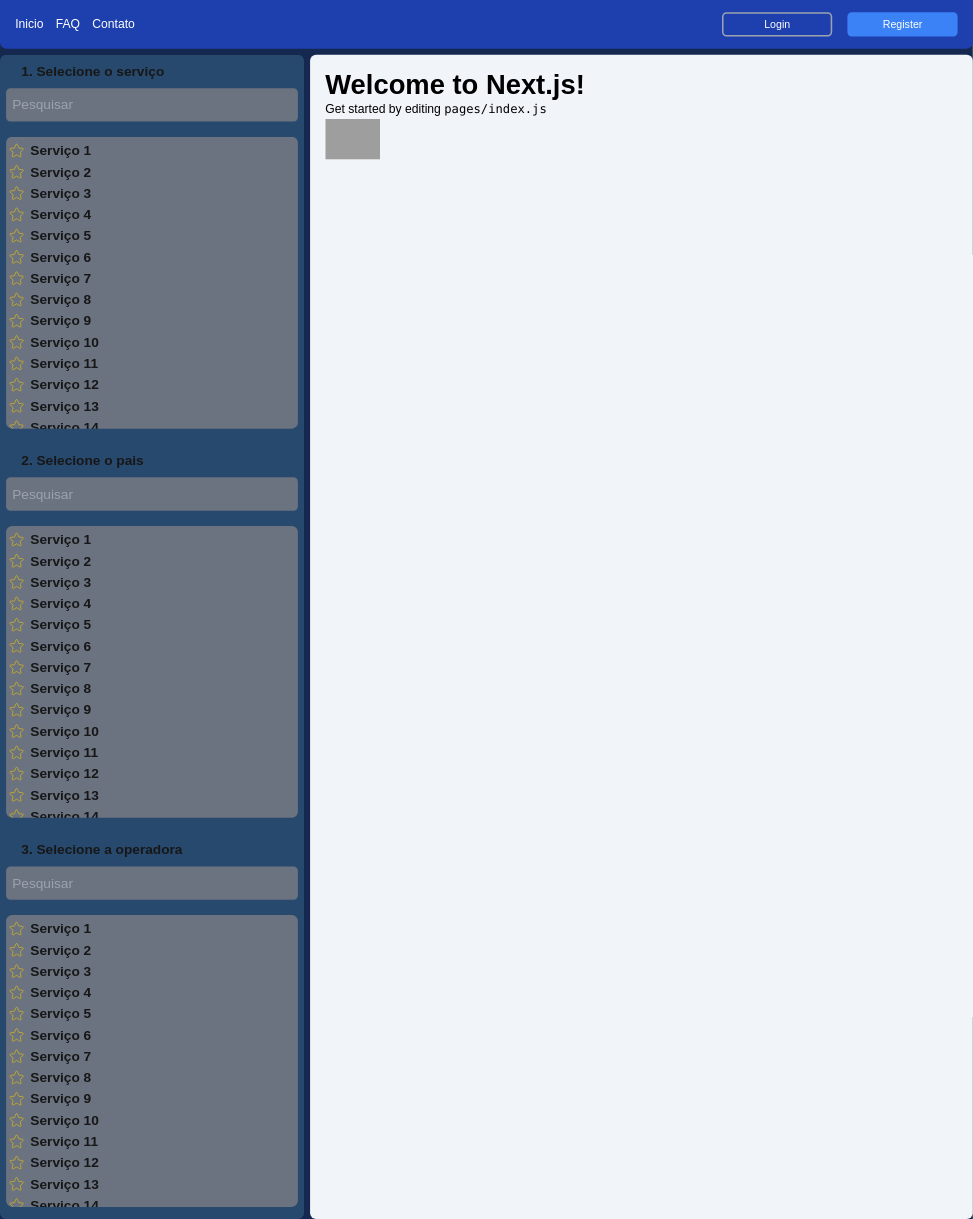
Repository: Felipe-Henrique-Dev/-DIOGO-SMS
Page: /
The author's editor kept a copy of each file at every save. The page is drawn from the files as they stood at one save, then again after the next save.
The browser window is 1280 px wide. The pictures show the whole page, at 76% of full size.
Pictures or frames that could not be fetched are drawn as grey boxes. The project was rebuilt for these pictures with package versions that can differ from the ones it lists, and the page was loaded fresh each time. The framework's server and built-in components were replaced by stand-ins that run in the browser. Also part of the build but not shown: next.config.ts.

Above is the page before, as saved 2024-12-16 22:08:55.

### src/app/layout.tsx
import type { Metadata } from "next";
import "./globals.css";
import Header from "@/components/main/Header";
import Main from "@/components/main/Main";
import WebApp from "@/components/main/WebApp";



export const metadata: Metadata = {
  title: "Create Next App",
  description: "Generated by create next app",
};

export default function RootLayout({
  children,
}: Readonly<{
  children: React.ReactNode;
}>) {
  return (
    <html lang="pt-br">
      <body className={`antialiased`}>
        <Header />
        <Main>
          <WebApp />
          {children}
        </Main>
      </body>
    </html>
  );
}

### src/app/page.tsx
import Section from "@/components/main/Section";
import Image from "next/image";

export default function Home() {
  return (
    <Section>
      <h1 className="text-4xl font-bold text-center">Welcome to Next.js!</h1>
      <p className="text-center">
        Get started by editing <code>pages/index.js</code>
      </p>
      <Image
        src="/vercel.svg"
        alt="Vercel Logo"
        width={72}
        height={16}
      />
    </Section>
  );
}

### src/app/globals.css
@tailwind base;
@tailwind components;
@tailwind utilities;

:root {
  --background: #142850;
  --background-secondary: #27496D;
  --primary_text: #fff;
  --foreground: #171717;
  --color-primary: #000;
  --color-secondary: #1F40AF;
}


body {
  color: var(--foreground);
  background: var(--background);
  font-family: Arial, Helvetica, sans-serif;
}

::-webkit-scrollbar {
  width: 8px;
  height: 10px;
}

::-webkit-scrollbar-track {
  background-color: var(--color-primary);
}

::-webkit-scrollbar-thumb {
  background: var(--color-secondary);
  border-radius: 10px;
}

::-webkit-scrollbar-thumb:hover {
  background-color: var(--color-highlight-hover);
}

### src/components/main/Header.tsx
import React from "react";
import { Button } from "./Button";


export default function Header() {
  return (
    <header className="h-16 bg-blue-800 max-w-screen-2xl m-auto sticky top-0 items-center justify-between  flex rounded-b-lg px-5 z-[9999] ">
        <nav className="flex gap-4">
            <a href="#" className="text-white">Inicio</a>
            <a href="#" className="text-white">FAQ</a>
            <a href="#" className="text-white">Contato</a>
        </nav>
        <div className="container flex justify-between items-center w-1/4 gap-5">
            <Button type="button" size="sm" className="text-white" isLoading={false} bgColor="none">Login</Button>
            <Button type="button" size="sm" className="text-white" isLoading={false} bgColor="primary">
                Register
            </Button>
        </div>
    </header>
  );
}

### src/components/main/Main.tsx
import React from "react";

export default function Main({
  children,
}: Readonly<{
  children: React.ReactNode;
}>) {
  return (
    <main className="container max-w-screen-2xl mx-auto flex pt-2 gap-2 ">
      {children}
    </main>
  );
}

### src/components/main/WebApp.tsx
'use client'
import React from "react";
import { Input } from "./Input";
import { useForm } from "react-hook-form"

export default function WebApp() {
  const [selectService, setSelectService] = React.useState<{ title: string; valor: number; numberDispobilize: number; id: string } | null>(null);
  const [selectCountry, setSelectCountry] = React.useState<{ title: string; valor: number; numberDispobilize: number; id: string } | null>(null);
  const [selectOperator, setSelectOperator] = React.useState<{ title: string; valor: number; numberDispobilize: number; id: string } | null>(null);

  return (
    <aside className="min-w-[25rem] min-h-[90svh] bg-background_secondary text-pri sticky left-0 top-[4.5rem] z-50 rounded-lg flex flex-col p-2 gap-5 ">
      <Container subTitle="1. Selecione o serviço" list={list} select={selectService} setSelect={setSelectService} />
      <Container subTitle="2. Selecione o pais" list={list} select={selectCountry} setSelect={setSelectCountry} />
      <Container subTitle="3. Selecione a operadora" list={list} select={selectOperator} setSelect={setSelectOperator} />
    </aside>
  );
}


const Container = ({
  list,
  subTitle,
  select,
  setSelect
}: {
  subTitle: string;
  select?: { title: string; valor: number; numberDispobilize: number; id: string } | null;
  setSelect: React.Dispatch<React.SetStateAction<{ title: string; valor: number; numberDispobilize: number; id: string } | null>>;
  list: { title: string; valor: number; numberDispobilize: number; id: string }[];
}) => {
  const { register, watch } = useForm();
  const filter = (watch("filter") || "").toLowerCase();
  const [favorites, setFavorites] = React.useState<string[]>([]);
  const [loading, setLoading] = React.useState<boolean>(true);

  React.useEffect(() => {
    const storedFavorites = JSON.parse(localStorage.getItem("favorites") || "[]");
    setFavorites(storedFavorites);
    setLoading(false);
  }, []);

  const setFavoriteInStorage = (item: string) => {
    const newFavorites = favorites.includes(item)
      ? favorites.filter(favorite => favorite !== item)
      : [...favorites, item];

    setFavorites(newFavorites);
    localStorage.setItem("favorites", JSON.stringify(newFavorites));
  };

  // Primeiro filtrar e ordenar a lista antes do map
  const filteredAndSortedList = React.useMemo(() => {
    return list
      .filter(item => item.title.toLowerCase().includes(filter))
      .sort((a, b) => {
        const aFav = favorites.includes(a.id);
        const bFav = favorites.includes(b.id);
        if (aFav && !bFav) return -1;
        if (!aFav && bFav) return 1;
        return 0;
      });
  }, [list, filter, favorites]);

  if (loading) return <div>Carregando...</div>;

  return (
    <div className="flex flex-col gap-2  ">
      <span className="text-lg font-bold w-full text-start px-5">{subTitle}</span>
      {
        select ?
          <div className="flex w-full bg-slate-300 rounded-lg h-10 items-center justify-start px-5 gap-5 ">
            <button onClick={() => setSelect(null)} className="flex items-center justify-center gap-2 h-8 min-w-8 rounded-xl border-red-500 border-[1px] text-black">X</button>
            <span className="text-lg font-bold min-w-8 h-8 rounded-full text-center bg-white ">I</span>
            <span className="text-lg font-bold w-auto text-center">{select.title}</span>
          </div>
        :
        <>
          <Input type="text" placeholder="Pesquisar" size="lg" register={register("filter")} />
          <div className="h-96 bg-gray-500 w-full my-2 overflow-x-auto scroll-smooth rounded-lg p-1 ">
            {filteredAndSortedList.map((item) => (
              <div className="bg-gray-500 w-full flex items-center justify-start gap-2" key={item.id}>
                <Stars
                  stars={favorites.includes(item.id)}
                  setFavorite={() => setFavoriteInStorage(item.id)}
                />
                <button className="flex flex-col" onClick={() => setSelect(item)}>
                  <span className="text-lg font-bold w-full text-center">{item.title}</span>
                </button>
              </div>
            ))}
          </div>
        </>
      }
    </div>
  );
};



const list = [
  {
    id: "1",
    title: "Serviço 1",
    valor: 10.00,
    numberDispobilize: 6000,
  },
  {
    id: "2",
    title: "Serviço 2",
    valor: 20.00,
    numberDispobilize: 5000,
  },
  {
    id: "3",
    title: "Serviço 3",
    valor: 30.00,
    numberDispobilize: 4000,
  },
  {
    id: "4",
    title: "Serviço 4",
    valor: 40.00,
    numberDispobilize: 3000,
  },
  {
    id: "5",
    title: "Serviço 5",
    valor: 50.00,
    numberDispobilize: 2000,
  },
  {
    id: "6",
    title: "Serviço 6",
    valor: 60.00,
    numberDispobilize: 1000,
  },
  {
    id: "7",
    title: "Serviço 7",
    valor: 70.00,
    numberDispobilize: 900,
  },
  {
    id: "8",
    title: "Serviço 8",
    valor: 80.00,
    numberDispobilize: 800,
  },
  {
    id: "9",
    title: "Serviço 9",
    valor: 90.00,
    numberDispobilize: 700,
  },
  {
    id: "10",
    title: "Serviço 10",
    valor: 100.00,
    numberDispobilize: 600,
  },
  {
    id: "11",
    title: "Serviço 11",
    valor: 110.00,
    numberDispobilize: 500,
  },
  {
    id: "12",
    title: "Serviço 12",
    valor: 120.00,
    numberDispobilize: 400,
  },
  {
    id: "13",
    title: "Serviço 13",
    valor: 130.00,
    numberDispobilize: 300,
  },
  {
    id: "14",
    title: "Serviço 14",
    valor: 140.00,
    numberDispobilize: 200,
  },
  {
    id: "15",
    title: "Serviço 15",
    valor: 150.00,
    numberDispobilize: 100,
  }
];

const Stars = ({stars, setFavorite} : {stars: boolean, setFavorite: () => void}) => {
  return (
      <>
          {
              !stars?
              <svg width="20" height="20" viewBox="0 0 13 12" fill="none" xmlns="http://www.w3.org/2000/svg" onClick={setFavorite} className="cursor-pointer" >
                  <path d="M6.49956 9.51326L9.26623 11.1866C9.77289 11.4933 10.3929 11.0399 10.2596 10.4666L9.52623 7.31992L11.9729 5.19993C12.4196 4.81326 12.1796 4.07993 11.5929 4.03326L8.37289 3.75993L7.11289 0.786592C6.88623 0.246592 6.11289 0.246592 5.88623 0.786592L4.62623 3.75326L1.40623 4.02659C0.81956 4.07326 0.57956 4.80659 1.02623 5.19326L3.47289 7.31326L2.73956 10.4599C2.60623 11.0333 3.22623 11.4866 3.73289 11.1799L6.49956 9.51326Z" fill="none" stroke="#EFC900" strokeWidth="0.5"/>
              </svg>
              :
              <svg width="20" height="20" viewBox="0 0 13 12" fill="none" xmlns="http://www.w3.org/2000/svg" onClick={setFavorite} className="cursor-pointer">
                  <path d="M6.49956 9.51326L9.26623 11.1866C9.77289 11.4933 10.3929 11.0399 10.2596 10.4666L9.52623 7.31992L11.9729 5.19993C12.4196 4.81326 12.1796 4.07993 11.5929 4.03326L8.37289 3.75993L7.11289 0.786592C6.88623 0.246592 6.11289 0.246592 5.88623 0.786592L4.62623 3.75326L1.40623 4.02659C0.81956 4.07326 0.57956 4.80659 1.02623 5.19326L3.47289 7.31326L2.73956 10.4599C2.60623 11.0333 3.22623 11.4866 3.73289 11.1799L6.49956 9.51326Z" fill="#EFC900"/>
              </svg>
          }
      </>
  );
}

### src/components/main/Section.tsx
import { cn } from "@/lib/utils";
import React from "react";

export default function Section({
  children,
  className
}: Readonly<{
  children: React.ReactNode;
  className?: string;
}>) {
  return (
    <section className={cn(
      "p-5 flex flex-col min-h-[90svh] bg-slate-100 w-full text-black items-start justify-start rounded-lg ",
      className
    )}>
      {children}
    </section>
  );
}

### src/components/main/Button.tsx
/* eslint-disable @typescript-eslint/no-explicit-any */
import { cn } from "@/lib/utils";
import React from "react";

export const Button = ({
    className,
    size = "md",
    onClick,
    children,
    type,
    isLoading,
    bgColor = "primary",
}:{
    type: 'button' | 'submit' | 'reset';
    onClick?: (event: React.MouseEvent<HTMLButtonElement>) => void;
    className?: string;
    children: React.ReactNode;
    size?: "sm" | "md" | "lg";
    isLoading: boolean;
    bgColor?: "primary" | "secondary" | "danger" | "none";
}) => {

    const sizes = {
        sm: "w-1/2 h-8 text-sm",
        md: "w-3/4 h-10 text-base",
        lg: "w-full h-14 text-lg",
    };

    const bgColors = {
        primary: "bg-blue-500 text-white",
        secondary: "bg-gray-500 text-white",
        danger: "bg-red-500 text-white",
        none: "bg-transparent text-black border-gray-400 border-2 "
    };

    return (
        <button
            type={type}
            onClick={onClick}
            className={cn(
                "p-2 rounded-md relative flex items-center justify-center",
                bgColors[bgColor],
                sizes[size],
                className
            )}
            disabled={isLoading}
        >
            {
                isLoading ? loading() : children
            }
        </button>
    );
}


const loading = () => {
    return (
        <div className="absolute inset-0 bg-gray-300 bg-opacity-50 flex items-center justify-center">
            <div className="animate-spin rounded-full h-12 w-12 border-t-2 border-b-2 border-gray-900"></div>
        </div>
    );
}

### src/components/main/Input.tsx
/* eslint-disable @typescript-eslint/no-unused-vars */
/* eslint-disable @typescript-eslint/no-explicit-any */
import { cn } from "@/lib/utils";
import React from "react";

export const Input = ({
    type,
    placeholder,
    classNameSpan,
    classNameLabel,
    classNameInput,
    label,
    size = "md",
    icon,
    register,
    bgColor = "secondary",
    labelIsHidden = false,
    name
}:{
    type: 'text' | 'password' | 'email';
    placeholder: string;
    classNameSpan?: string;
    classNameLabel?: string;
    classNameInput?: string;
    size?: "sm" | "md" | "lg";
    icon?: React.ReactNode;
    register?: any;
    label?: string;
    bgColor?: "primary" | "secondary" | "danger" | "none";
    labelIsHidden?: boolean;
    name?: string;
}) => {

    const sizes = {
        sm: "w-1/2 h-8 text-sm",
        md: "w-3/4 h-10 text-base",
        lg: "w-full h-12 text-lg",
    };

    const bgColors = {
        primary: "bg-blue-500 text-white",
        secondary: "bg-gray-500 text-white",
        danger: "bg-red-500 text-white",
        none: "bg-transparent text-black border-gray-300 border-2"
    };


    return (
        <span className={cn(
                "relative flex flex-col",
                sizes[size],
                classNameSpan,
        )}>
            {
                labelIsHidden &&
                <label className={cn(
                    classNameLabel
                )} >
                    {label}
                </label>
            }
            <input
                type={type}
                placeholder={placeholder}
                {...register}
                className={cn(
                    "p-2 rounded-md relative w-full",
                    classNameInput,
                    bgColors[bgColor]
                )}
            />
            {icon}
        </span>

    );
}

### tailwind.config.ts
import type { Config } from "tailwindcss";

export default {
  content: [
    "./src/pages/**/*.{js,ts,jsx,tsx,mdx}",
    "./src/components/**/*.{js,ts,jsx,tsx,mdx}",
    "./src/app/**/*.{js,ts,jsx,tsx,mdx}",
  ],
  theme: {
    extend: {
      colors: {
        background: "var(--background)",
        foreground: "var(--foreground)",
        background_secondary: "var(--background-secondary)",
        primary: "var(--primary)",
      },
      background : {
        background: "var(--background)",
        background_secondary: "var(--background-secondary)",
        foreground: "var(--foreground)",
      },
    },
  },
  plugins: [],
} satisfies Config;

Loaded but not shown: src/lib/utils.ts (common file)

After the next save:
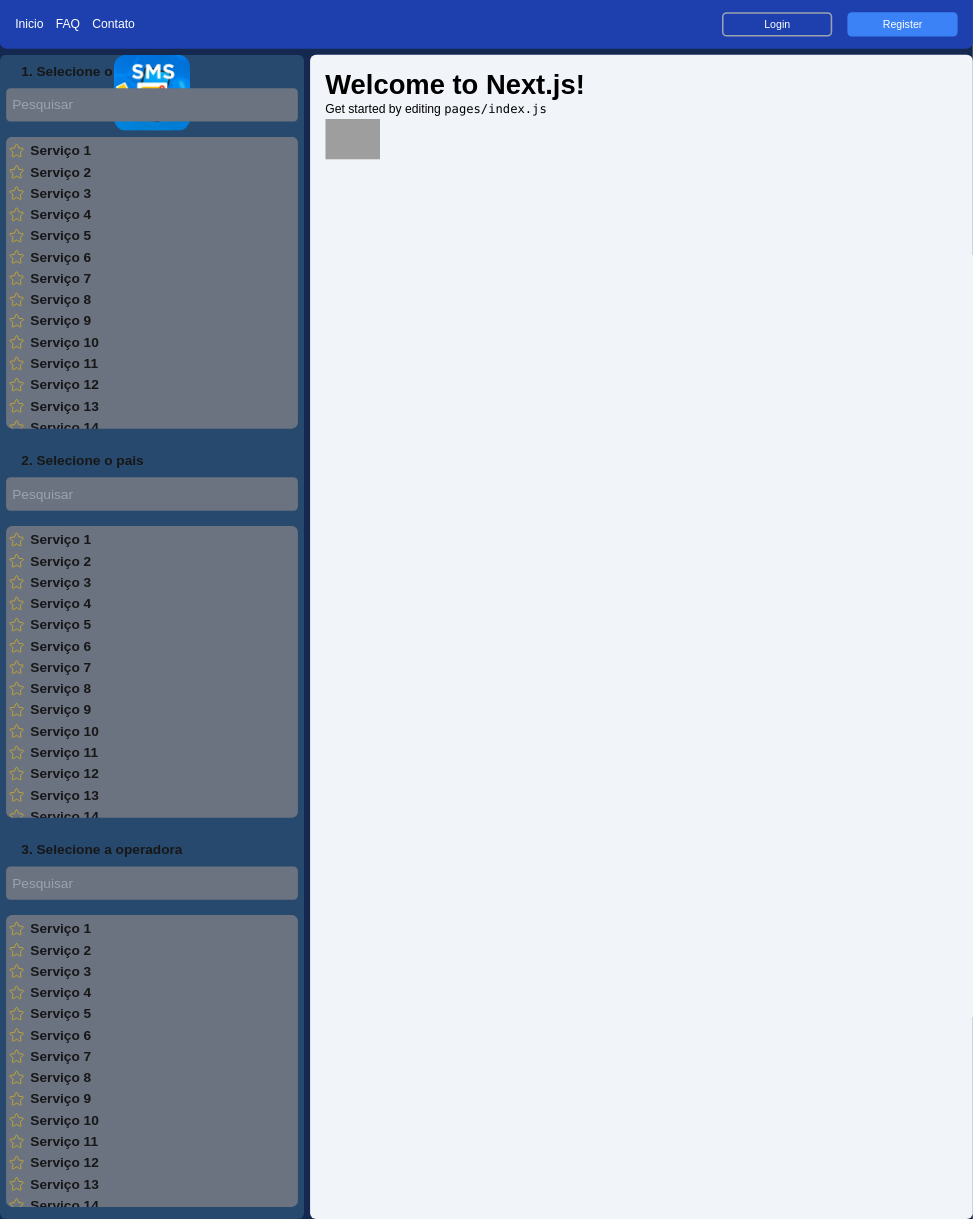
Saved 6 min 25 s later.
--- a/src/components/main/WebApp.tsx
+++ b/src/components/main/WebApp.tsx
@@ -2,7 +2,7 @@
 import React from "react";
 import { Input } from "./Input";
 import { useForm } from "react-hook-form"
-
+import Image from "next/image";
 export default function WebApp() {
   const [selectService, setSelectService] = React.useState<{ title: string; valor: number; numberDispobilize: number; id: string } | null>(null);
   const [selectCountry, setSelectCountry] = React.useState<{ title: string; valor: number; numberDispobilize: number; id: string } | null>(null);
@@ -10,6 +10,7 @@
 
   return (
     <aside className="min-w-[25rem] min-h-[90svh] bg-background_secondary text-pri sticky left-0 top-[4.5rem] z-50 rounded-lg flex flex-col p-2 gap-5 ">
+      <Image src="/logo.webp" alt="Logo" width={100} height={100} className="rounded-2xl absolute top-0 transform -translate-x-1/2 left-1/2" />
       <Container subTitle="1. Selecione o serviço" list={list} select={selectService} setSelect={setSelectService} />
       <Container subTitle="2. Selecione o pais" list={list} select={selectCountry} setSelect={setSelectCountry} />
       <Container subTitle="3. Selecione a operadora" list={list} select={selectOperator} setSelect={setSelectOperator} />
